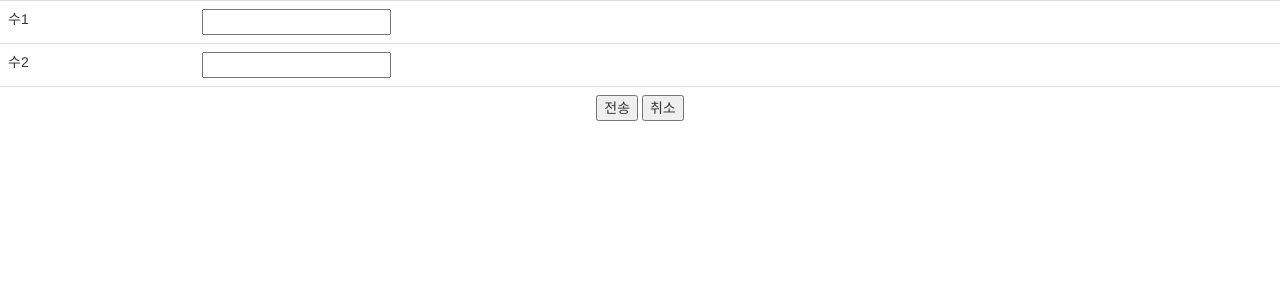
Repository: yhb131618/JAVA_WEB_PROJECT
Page: MVC01/WebContent/su.html
An editor plug-in stored every save of this project. The page is shown before and after the next save, followed by the edit.
The browser window is 1280 px wide. The pictures show the whole page.

Above is the page before, as saved 2023-12-16 17:33:36.

### MVC01/WebContent/su.html
<!DOCTYPE html>
<html>
<head>
<meta charset="UTF-8">
<title>Insert title here</title>
  <meta name="viewport" content="width=device-width, initial-scale=1">
  <link rel="stylesheet" href="https://maxcdn.bootstrapcdn.com/bootstrap/3.4.1/css/bootstrap.min.css">
  <script src="https://ajax.googleapis.com/ajax/libs/jquery/3.7.1/jquery.min.js"></script>
  <script src="https://maxcdn.bootstrapcdn.com/bootstrap/3.4.1/js/bootstrap.min.js"></script>
</head>
<body>
<table class="table">
	<tr>
		<td>수1</td>
		<td><input type="text" name="su1"/></td>
	</tr>
	<tr>
		<td>수2</td>
		<td><input type="text" name="su2"/></td>
	</tr>
	<tr>
		<td colspan="2" align="center">
			<input type="button" value="전송"/>
			<input type="button" value="취소"/>
		</td>
	</tr>

</table>
</body>
</html>

After the next save:
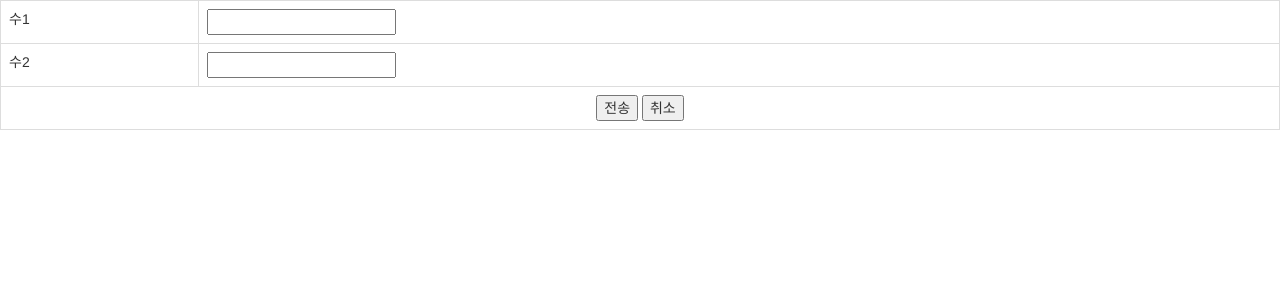
Saved 61 s later.
--- a/MVC01/WebContent/su.html
+++ b/MVC01/WebContent/su.html
@@ -9,7 +9,7 @@
   <script src="https://maxcdn.bootstrapcdn.com/bootstrap/3.4.1/js/bootstrap.min.js"></script>
 </head>
 <body>
-<table class="table">
+<table class="table table-bordered">
 	<tr>
 		<td>수1</td>
 		<td><input type="text" name="su1"/></td>
